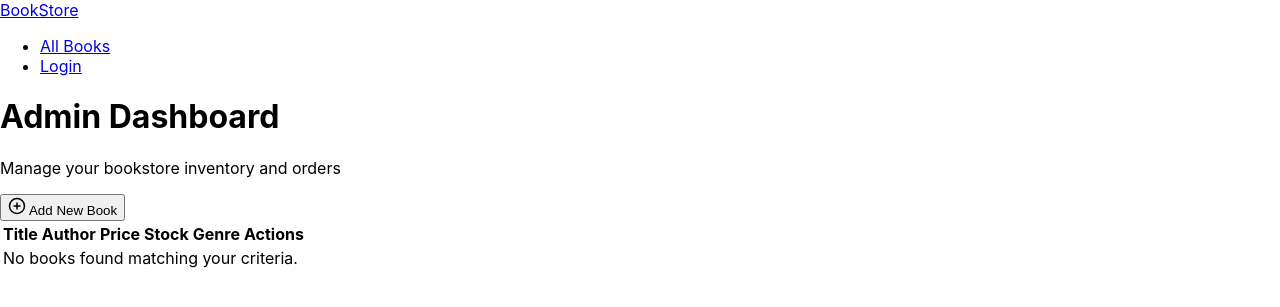
Repository: DiwasGurung/C-PokheraliDevelopers
Page: /admin (app in pokherali-developers/)
These files come from the project's save history. The page is drawn as it stood at one moment and after the next save; the edit follows.
The browser window is 1280 px wide. The pictures show the whole page.
The page's requests for data from a server got no answer. The project was rebuilt for these pictures with package versions that can differ from the ones it lists, and the page was loaded fresh each time. No one was signed in, and anything a server would have sent is missing. Also part of the build but not shown: pokherali-developers/src/components/Cart.js, pokherali-developers/src/components/MemberDashboard.js, pokherali-developers/src/components/AddBook.js, pokherali-developers/src/components/BookCatalog.js, pokherali-developers/src/components/Filter.js, pokherali-developers/src/pages/HomePage.js, pokherali-developers/src/components/Login.js, pokherali-developers/src/components/Register.js and 3 more.

Above is the page before, as saved 2025-05-13 23:31:34.

After the next save:
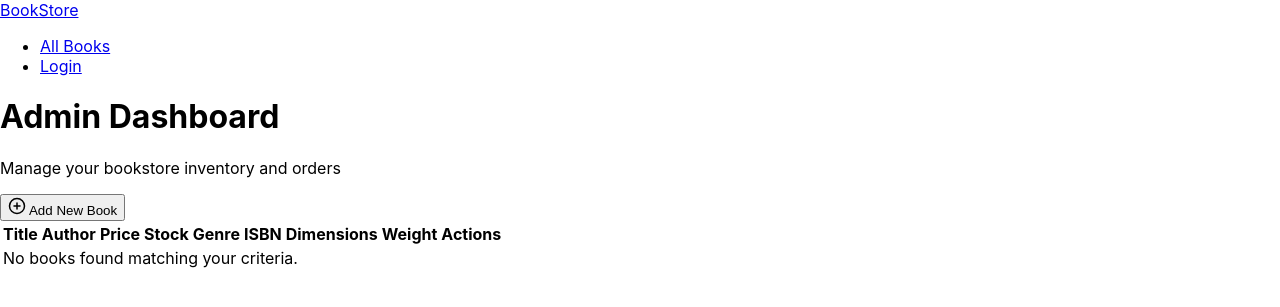
Saved 3 min 8 s later.
--- a/pokherali-developers/src/components/AdminDashboard.js
+++ b/pokherali-developers/src/components/AdminDashboard.js
@@ -29,7 +29,6 @@ export default function AdminDashboard() {
           pageSize: 10, // Adjust pageSize as necessary
         },
       });
-      console.log("Books fetched:", response.data);
 
       // Ensure we're parsing the response correctly
       if (response.data && response.data.books) {
@@ -162,6 +161,9 @@ export default function AdminDashboard() {
                   <th className="px-4 py-2 text-left">Price</th>
                   <th className="px-4 py-2 text-left">Stock</th>
                   <th className="px-4 py-2 text-left">Genre</th>
+                  <th className="px-4 py-2 text-left">ISBN</th>
+                  <th className="px-4 py-2 text-left">Dimensions</th>
+                  <th className="px-4 py-2 text-left">Weight</th>
                   <th className="px-4 py-2 text-left">Actions</th>
                 </tr>
               </thead>
@@ -174,6 +176,9 @@ export default function AdminDashboard() {
                       <td className="px-4 py-2">${book.price.toFixed(2)}</td>
                       <td className="px-4 py-2">{book.stockQuantity}</td>
                       <td className="px-4 py-2">{book.genre}</td>
+                      <td className="px-4 py-2">{book.isbn}</td>
+                      <td className="px-4 py-2">{book.dimensions}</td>
+                      <td className="px-4 py-2">{book.weight}</td>
                       <td className="px-4 py-2">
                         <button
                           onClick={() => handleEditBook(book)}
@@ -192,7 +197,7 @@ export default function AdminDashboard() {
                   ))
                 ) : (
                   <tr>
-                    <td colSpan="6" className="text-center px-4 py-2 text-gray-500">
+                    <td colSpan="9" className="text-center px-4 py-2 text-gray-500">
                       No books found matching your criteria.
                     </td>
                   </tr>
